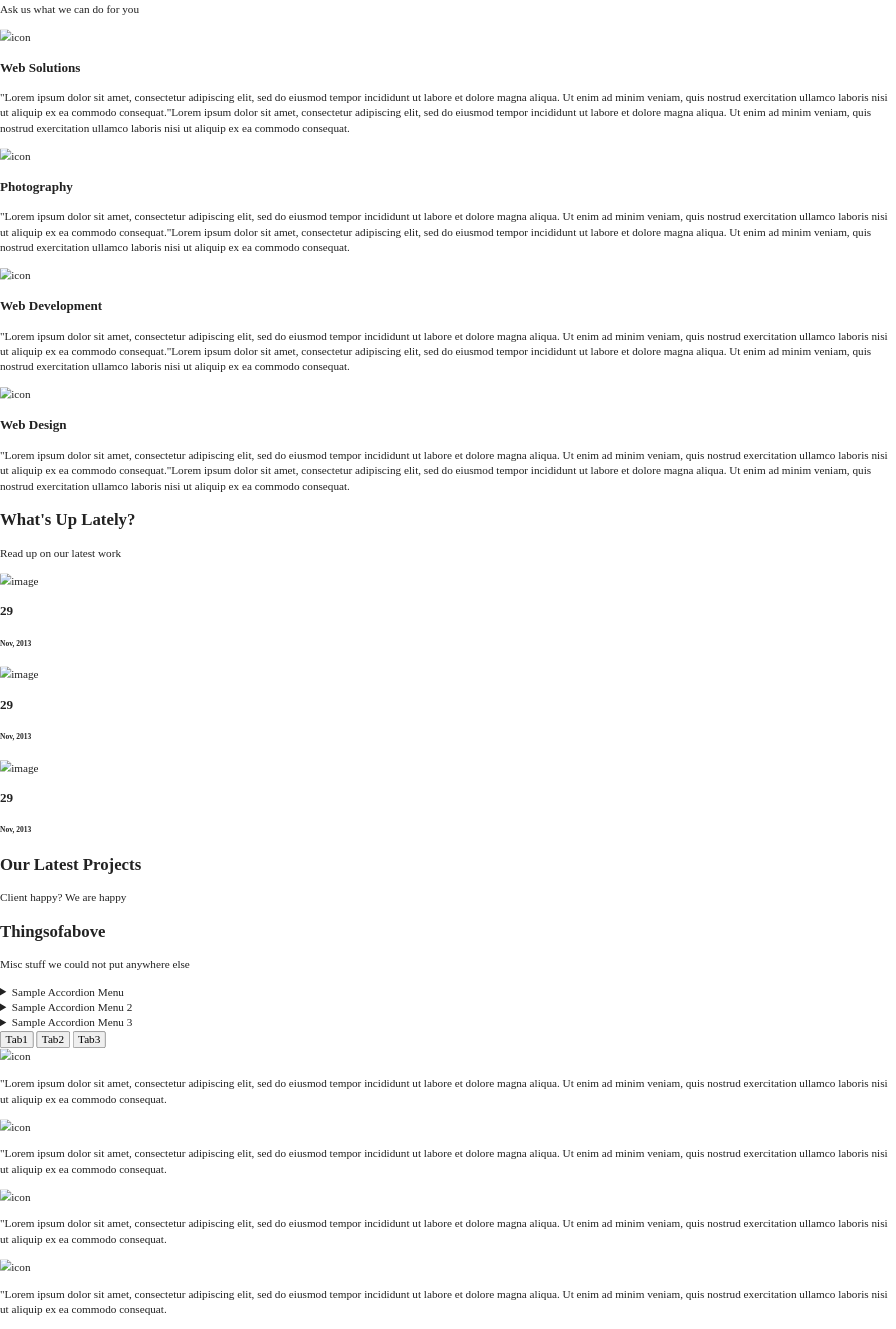
Repository: eilidhma/metrolics
Page: index.html
An editor plug-in stored every save of this project. The page is shown before and after the next save, followed by the edit.
The browser window is 1280 px wide. The pictures show the part of the page from y = 883 to 2803 px (the page is 2781 px tall before and 2803 px after), at 70% of full size.

Above is the page before, as saved 2021-01-27 00:09:15.

After the next save:
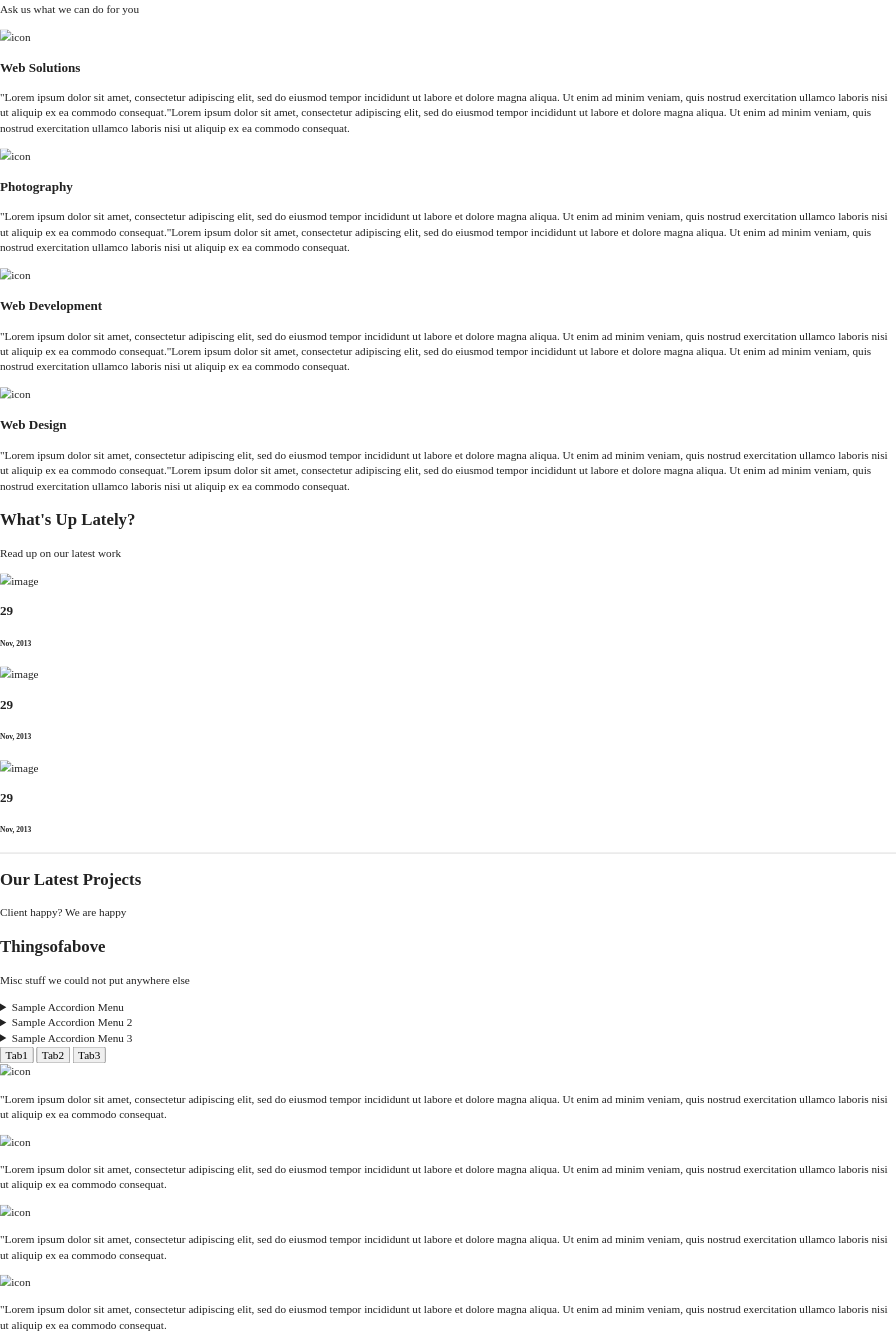
Saved 19 s later.
--- a/index.html
+++ b/index.html
@@ -133,7 +133,7 @@
       </div>
     </section>
 
-    <!-- SLIDER??? -->
+   <hr>
 
     <h2 class="medium__headings">Our Latest Projects</h2>
     <p class="main__text">Client happy? We are happy</p>
